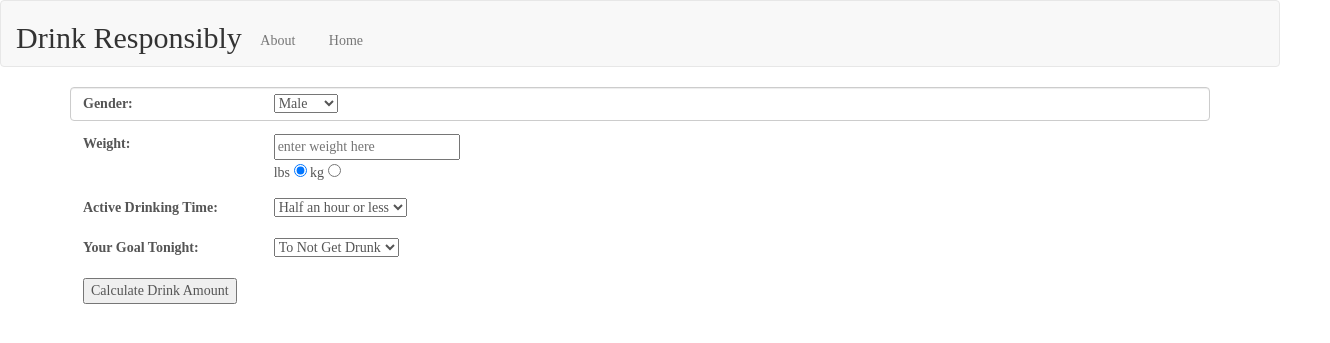
Repository: NatNat180/DrinkResponsibly
Page: http://localhost/DrinkResponsibly/form
The author's editor kept a copy of each file at every save. The page is drawn from the files as they stood at one save, then again after the next save.
The browser window is 1280 px wide. The page is 1280 px wide, then 1330 px, then 1280 px, so the pictures cover 1330 px, including what lies to the right of the window. The pictures show the whole page.
Some web fonts or font styles are not loaded; a fallback is used. The page is served by Tomcat 9.

Above is the page before, as saved 2016-04-14 00:21:27.

After the next save:
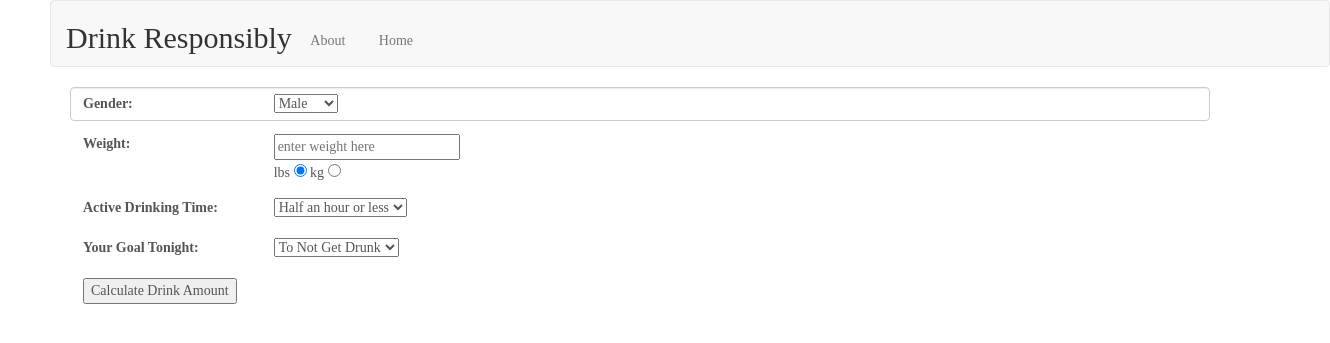
Saved 9 s later.
--- a/DrinkResponsibly/WebContent/css/style.css
+++ b/DrinkResponsibly/WebContent/css/style.css
@@ -8,7 +8,7 @@
 font-family: 'Amatic SC', cursive;
 */
 
-nav ul {
+nav  {
 	left: 50px;
 }
 

After the save that followed:
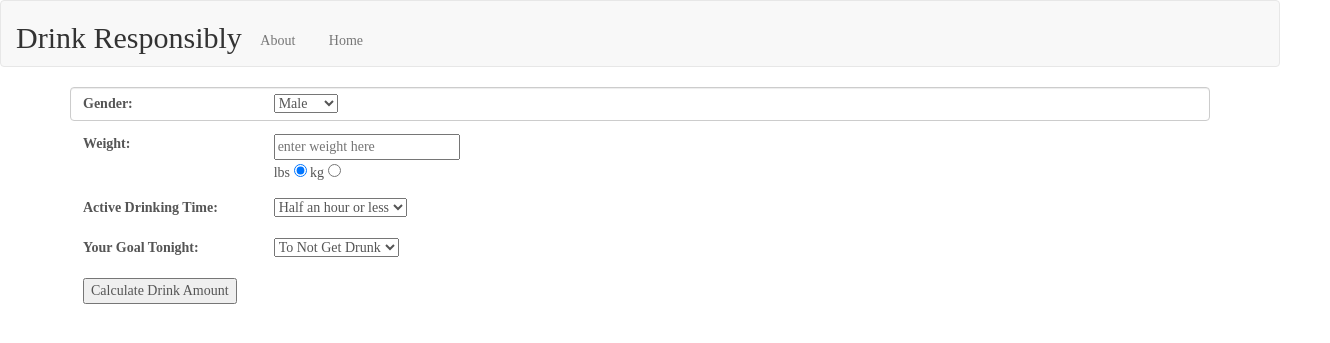
Saved 17 s later.
--- a/DrinkResponsibly/WebContent/css/style.css
+++ b/DrinkResponsibly/WebContent/css/style.css
@@ -8,21 +8,17 @@
 font-family: 'Amatic SC', cursive;
 */
 
-nav  {
-	left: 50px;
-}
-
-nav a {
-
-	margin-top: 15px;
-}
-
 h1 {font-family: 'Poiret One', cursive;}
 body {font-family: 'Arvo', serif;}
 .center-text {text-align:center;}
 
 ul {
 	list-style-type: none;
+}
+
+nav a {
+
+	margin-top: 15px;
 }
 
 .label a {
